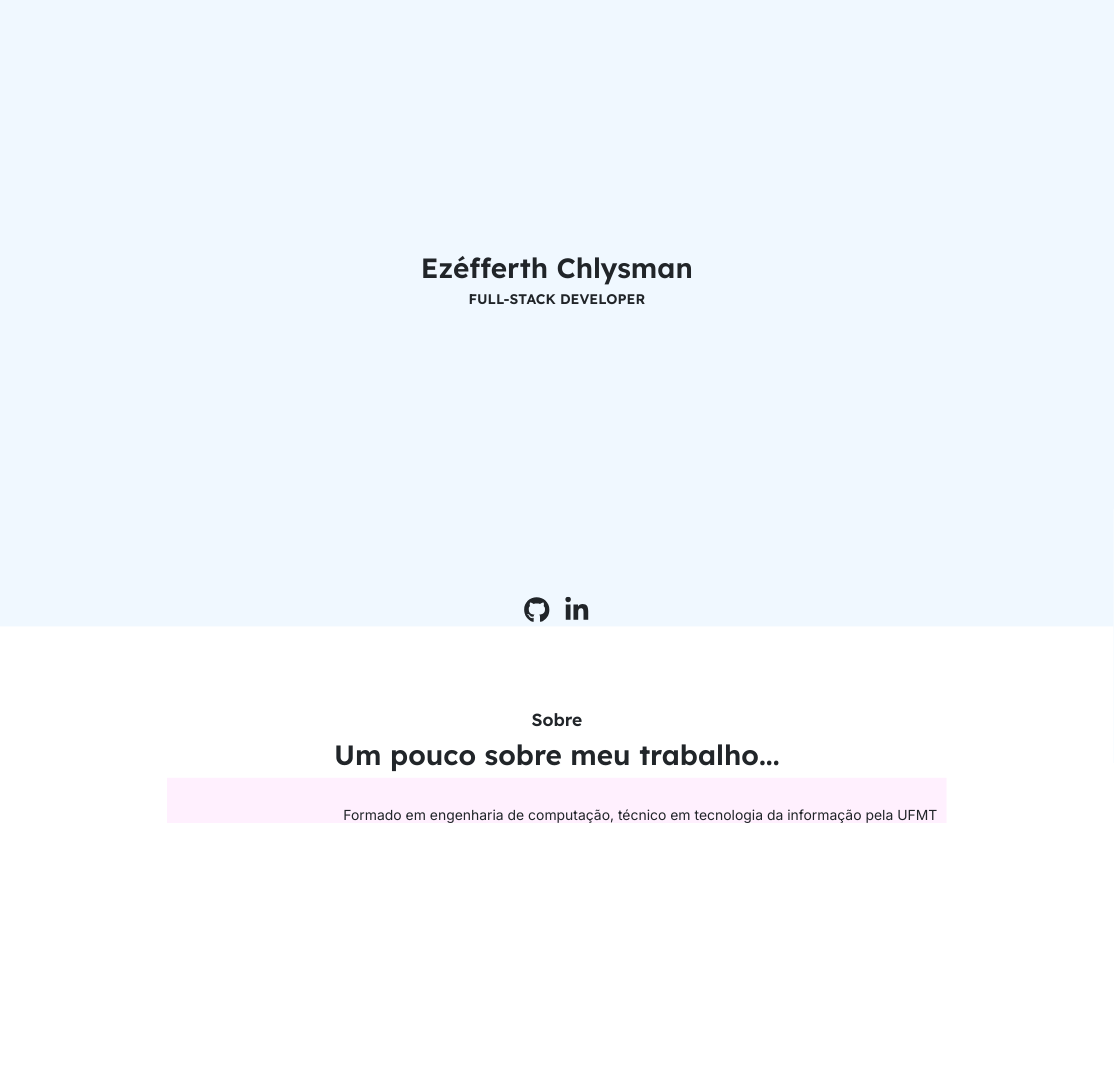
Repository: ezefferth/my-portfolio
Page: /
An editor plug-in stored every save of this project. The page is shown before and after the next save, followed by the edit.
The browser window is 1280 px wide. The pictures show the whole page, at 87% of full size.
The project was rebuilt for these pictures with package versions that can differ from the ones it lists, and the page was loaded fresh each time. The framework's server and built-in components were replaced by stand-ins that run in the browser. Also part of the build but not shown: next.config.js.

Above is the page before, as saved 2022-04-12 21:00:35.

After the next save:
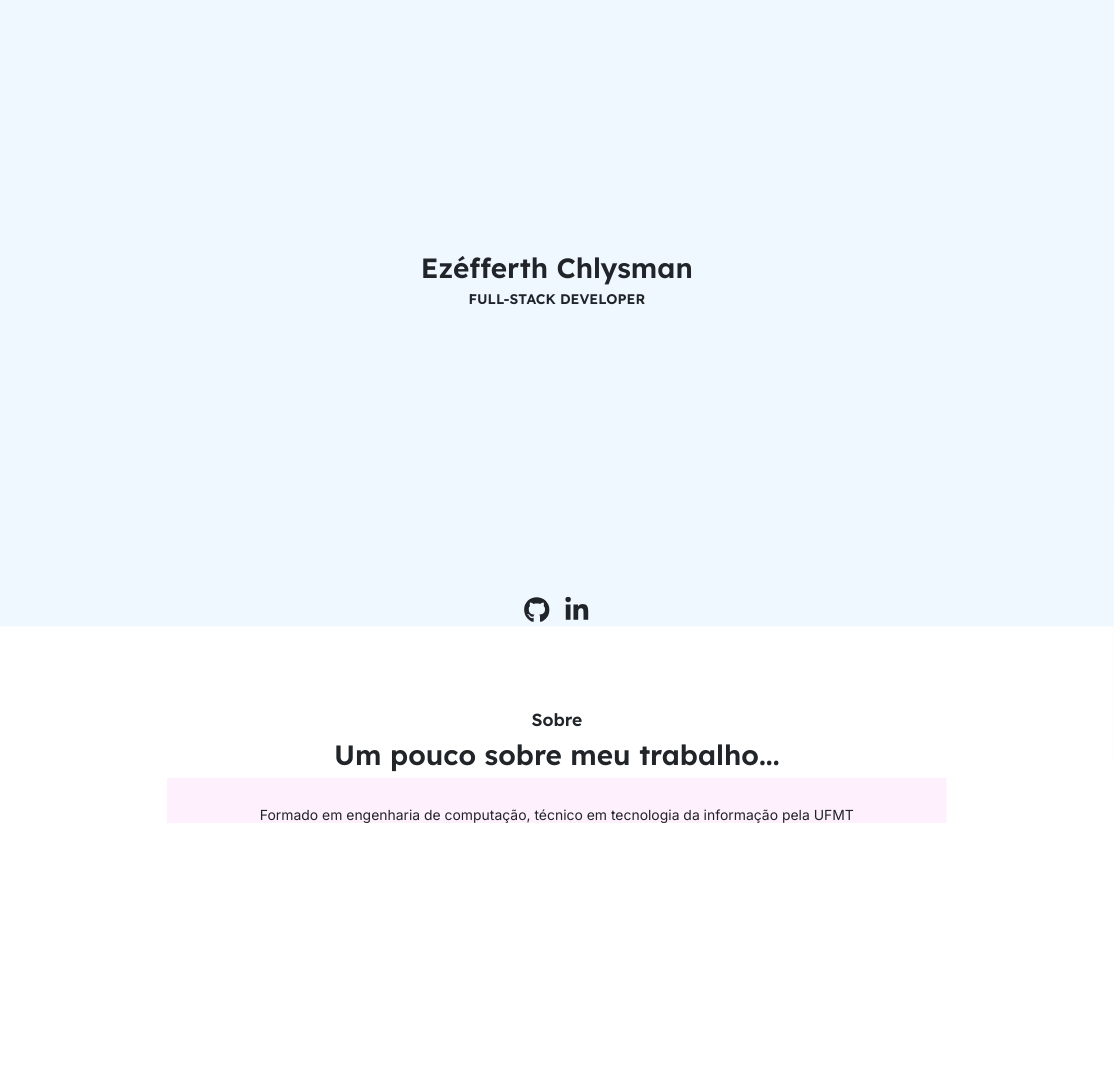
Saved 7 s later.
--- a/src/styles/Home.module.scss
+++ b/src/styles/Home.module.scss
@@ -31,7 +31,6 @@
       padding-top: 2rem;
       width: 70vw;
       margin-left: 15vw;
-      padding-left: 15vw;
       background-color: rgb(255, 240, 254);
 
       .resumoText{
